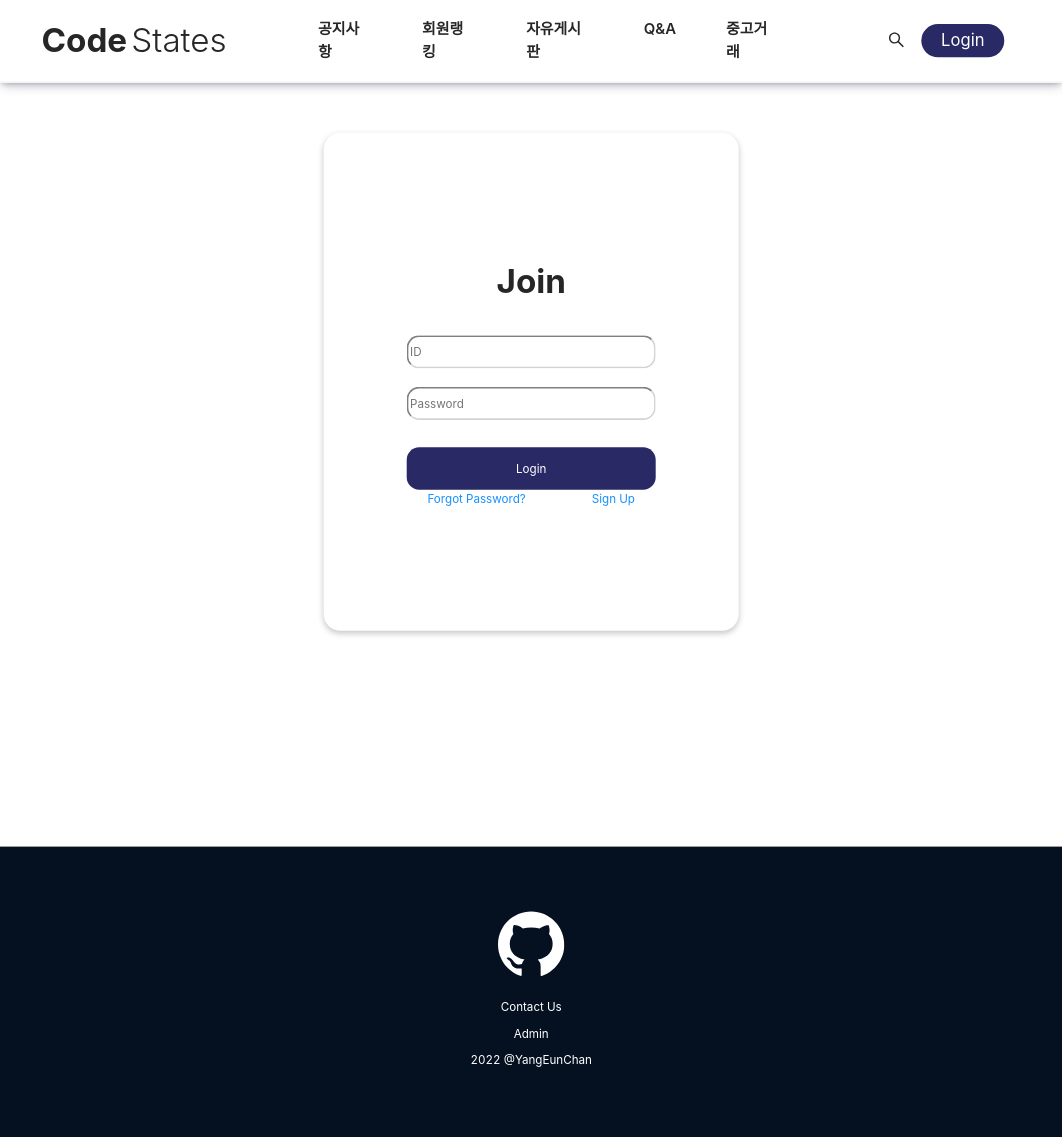
Repository: yangddoddi/devillage-front
Page: /join
These files come from the project's save history. The page is drawn as it stood at one moment and after the next save; the edit follows.
The browser window is 1280 px wide. The pictures show the whole page, at 83% of full size.
The project was rebuilt for these pictures with package versions that can differ from the ones it lists, and the page was loaded fresh each time. Also part of the build but not shown: src/components/searchBox/SearchBox.module.scss, src/components/searchBox/SearchBox.js, src/components/posts/PostItem.module.scss, src/components/posts/PostItem.js, src/page/main/Main.module.scss, src/page/main/Main.js, src/page/login/Login.module.scss, src/page/login/Login.js.

Above is the page before, as saved 2022-09-17 02:21:18.

### src/index.css
body {
  box-sizing: border-box;
  height: 100%;
  margin: 0;
  font-family: -apple-system, BlinkMacSystemFont, 'Segoe UI', 'Roboto', 'Oxygen',
    'Ubuntu', 'Cantarell', 'Fira Sans', 'Droid Sans', 'Helvetica Neue',
    sans-serif;
  -webkit-font-smoothing: antialiased;
  -moz-osx-font-smoothing: grayscale;
}

code {
  font-family: source-code-pro, Menlo, Monaco, Consolas, 'Courier New',
    monospace;
}

### src/App.js
import logo from "./logo.svg";
import "./App.scss";
import { RouterConfig } from "./router/RouterConfig";
import { Header } from "./components/header/Header";
import { Footer } from "./components/footer/Footer";
import "antd/dist/antd.css";

function App() {
  return (
    <>
      <Header />
      <RouterConfig />
      <Footer />
    </>
  );
}

export default App;

### src/App.scss

#root, html, body {
    width: 100%;
    height: 100%;
    margin: 0px;
    padding: 0px;
}

### src/router/RouterConfig.js
import { BrowserRouter, Routes, Route } from "react-router-dom";
import { Header } from "../components/header/Header";
import { Main } from "../page/main/Main";
import { Footer } from "../components/footer/Footer";
import { Login } from "../page/login/Login";
import { Join } from "../page/join/Join";

export const RouterConfig = () => {
  return (
    <BrowserRouter>
      <Routes>
        <Route path="/*" element={<Main />} />
        <Route path="/login" element={<Login />} />
        <Route path="/join" element={<Join />} />
      </Routes>
    </BrowserRouter>
  );
};

### src/components/header/Header.js
import React from "react";
import { useEffect, useState } from "react";
import styles from "./Header.module.scss";
import { SearchOutlined } from "@ant-design/icons";
import { SearchBox } from "../searchBox/SearchBox";

export const Header = () => {
  const [searchBox, setSearchBox] = useState(false);
  const onClickHandler = () => {
    setSearchBox(!searchBox);
  };

  return (
    <>
      <nav className={styles.nav}>
        <div className={styles.logo}>
          Code<span>States</span>
        </div>
        <ul className={styles.list}>
          <li className={styles.listItem}>공지사항</li>
          <li className={styles.listItem}>회원랭킹</li>
          <li className={styles.listItem}>자유게시판</li>
          <li className={styles.listItem}>Q&A</li>
          <li className={styles.listItem}>중고거래</li>
        </ul>
        <div className={styles.searchAndLogin}>
          <div className={styles.searchLogo} onClick={onClickHandler}>
            <SearchOutlined />
          </div>
          <button className={styles.loginBtn}>Login</button>
        </div>
      </nav>
      {searchBox ? <SearchBox /> : null}
    </>
  );
};

### src/components/footer/Footer.js
import styles from "./Footer.module.scss";
import { GithubOutlined } from "@ant-design/icons";

export const Footer = () => {
  return (
    <footer className={styles.footer}>
      <GithubOutlined className={styles.icon} />
      <p>Contact Us</p>
      <p>Admin</p>
      <p>2022 @YangEunChan</p>
    </footer>
  );
};

### src/page/join/Join.js
import styles from "./Join.module.scss";

export const Join = () => {
  return (
    <div>
      <div className={styles.loginContainer}>
        <div className={styles.loginBox}>
          <div className={styles.loginTitle}>Join</div>
          <div className={styles.loginInput}>
            <form className={styles.form}>
              <input className={styles.inputBox} type="text" placeholder="ID" />{" "}
              <br />
              <input
                className={styles.inputBox}
                type="password"
                placeholder="Password"
              />
            </form>
            <div className={styles.loginBtn}>Login</div>
          </div>
          <div className={styles.loginLink}>
            <a href="#">Forgot Password?</a>
            <a href="#">Sign Up</a>
          </div>
        </div>
      </div>
    </div>
  );
};

### src/components/header/Header.module.scss

.nav {
    background-color:rgba(255,255,255,0.1);
    width: 100%;
    height: 100px;
    display: flex;
    justify-content: center;
    align-items: center;
    position: relative;
    justify-content:space-between;
    border-bottom: 2px solid;
    border-color: whitesmoke;

    box-shadow: rgba(50, 50, 93, 0.25) 0px 6px 12px -2px, rgba(0, 0, 0, 0.3) 0px 3px 7px -3px;
}



.logo {
    padding: 50px;
    font-size: 40px;
    font-weight: bold;
    cursor:pointer;

    span {
        font-weight: 300;
        margin-left: 5px;
    }
}

.list {
    display: flex;
    list-style: none;
    margin: 10px;
    padding: 20px;
    font-size: 18px;
    font-weight: 600;

    li {
        margin: 10px;
        padding: 20px;
        cursor:pointer;

        &:hover {
            color: #292965;
            font-size: 25px;
            border-radius: 15px;
            transition: all 400ms;
        }
    }
}

.searchAndLogin {
    display: flex;
    align-items: center;
    padding: 70px;
    font-size: 20px;

    .loginBtn {
        background-color: #292965;
        color: white;
        width: 100px;
        height: 40px;
        border-radius: 30px;
        outline: none;
        border: none;
        cursor: pointer;
    }

    .searchLogo {
        cursor: pointer;
        margin-right: 20px;

    }
}

.searchBox {
    width: 100%;

    input {
        margin: auto;
        width: 100%;
        height: 50px;
        border: lightgray 2px solid;
        text-align: center;
        font-size: 30px;
        margin-bottom: 1px;
    }
}

### src/components/footer/Footer.module.scss

.footer {
    margin-top: 200px;
    width: 100%;
    height: 350px;
    background-color: rgb(5 17 32);
    display: flex;
    justify-content: center;
    align-items: center;
    flex-direction: column;
    color: white;

    p {
        cursor:pointer;
        margin: 5px;
    }
}

.icon {
    color: white;
    font-size: 80px;
    margin-bottom: 20px;
    cursor: pointer;
}

### src/page/join/Join.module.scss

.loginContainer {
    display: flex;
    flex-direction: column;
    align-items: center;
    justify-content: center;
    height: 100vh;
    width: 100vw;
    background-color: white;
}

.loginBox {
    display: flex;
    flex-direction: column;
    align-items: center;
    justify-content: center;
    width: 500px;
    height: 600px;
    background-color: white;
    border-radius: 20px;
    box-shadow: rgba(0, 0, 0, 0.24) 0px 3px 8px;
}

.form {
    display: flex;
    flex-direction: column;
    align-items: center;
    justify-content: center;
    width: 100%;
    height: 100%;
}

.inputBox {
    display: flex;
    flex-direction: column;
    align-items: center;
    justify-content: center;
    width: 100%;
    height: 40px;
    border-radius: 15px;
    border-color: lightgray;
}

.loginBtn {
    display: flex;
    align-items: center;
    justify-content: center;
    width: 100%;
    height: 80px;
    background-color: #292965;
    color: white;
    border-radius: 15px;
    margin-top: 20px;
    cursor: pointer;
}

.loginTitle {
    font-size: 40px;
    font-weight: bold;
    margin-bottom: 20px;
    text-align: center;
}

.loginInput {
    display: flex;
    flex-direction: column;
    align-items: center;
    justify-content: center;
    width: 300px;
    height: 200px;
}

.loginLink {
    display: flex;
    justify-content: space-between;
    width: 250px;

}

Loaded but not shown: public/index.html (common file); src/index.js (common file); src/reportWebVitals.js (common file)

After the next save:
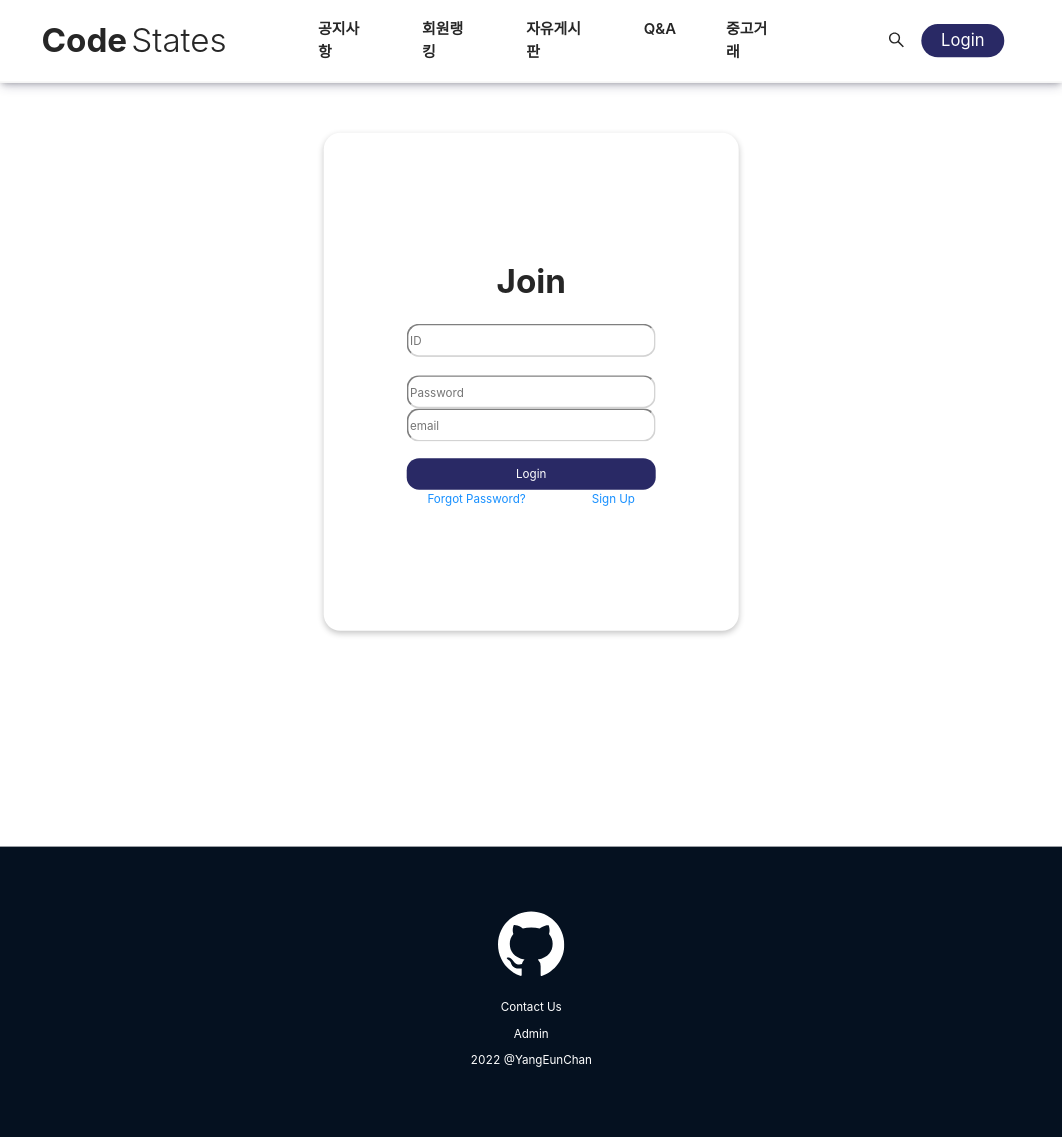
Saved 36 s later.
--- a/src/page/join/Join.js
+++ b/src/page/join/Join.js
@@ -15,6 +15,11 @@ export const Join = () => {
                 type="password"
                 placeholder="Password"
               />
+              <input
+                className={styles.inputBox}
+                type="email"
+                placeholder="email"
+              />
             </form>
             <div className={styles.loginBtn}>Login</div>
           </div>
